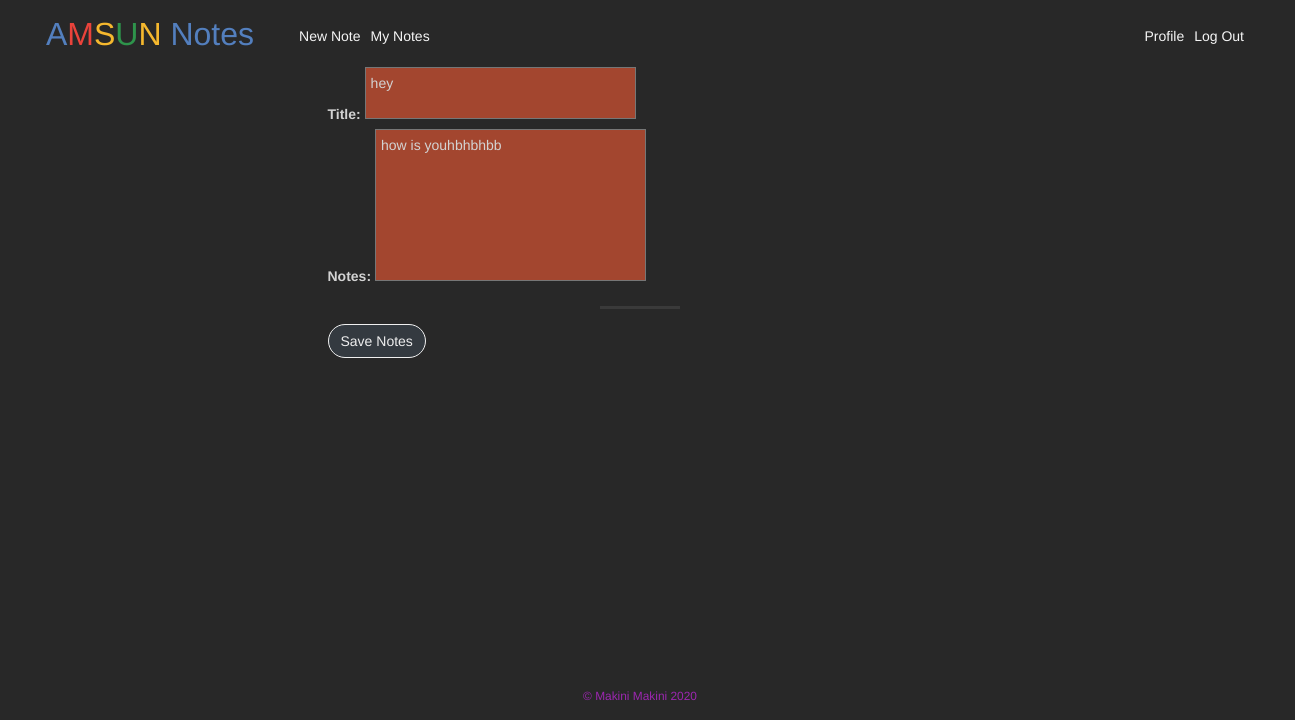
Repository: MakiniMakini/AMSUN-NOTES
Page: http://localhost/22/edit
An editor plug-in stored every save of this project. The page is shown before and after the next save, followed by the edit.
The browser window is 1280 px wide. The page is 1295 px wide, so the pictures cover 1295 px, including what lies to the right of the window. The pictures show the whole page.
Some web fonts or font styles are not loaded; a fallback is used. The page is served by the project's application, run on Flask 3 (application.py). The session is filled in as if someone had signed in: {"user_id": 1}. The page reads the database file committed with the project.

Above is the page before, as saved 2020-12-25 13:26:50.

### templates/edit.html
{% extends "layout.html" %}

{% block title %}
    Edit
{% endblock %}

{% block main %}

<div class="row">
  <div class="col-3"></div>
<div class="col-6">
  <div class="notes_form">
    {% for item in notes %}

    <form action="/{{item[0]}}/edit" method="POST" class="notes_form">
     <label for="title">Title:</label>
     <textarea name="title" id="" cols="30" rows="2" placeholder="title" type="text" >{{item[1]}}</textarea>
     <br>
     <label for="notes">Notes:</label>
     <textarea name="notes" cols="30" rows="7" placeholder="notes" type="text">{{item[2]}}</textarea>
     <hr>
      <button class="btn btn-primary bg-dark" type="submit">Save Notes</button>
    </form>

    {% endfor %}

</div>
</div>
<div class="col-3"></div>
</div>




{% endblock %}

### templates/layout.html
<!DOCTYPE html>
<html lang="en">
    <head>
        <!-- Required meta tags -->
        <meta charset="utf-8">
        <meta name="viewport" content="width=device-width, initial-scale=1, shrink-to-fit=no">

        <!-- documentation at http://getbootstrap.com/docs/4.1/, alternative themes at https://bootswatch.com/ -->
        <link href="https://maxcdn.bootstrapcdn.com/bootstrap/4.1.3/css/bootstrap.min.css" rel="stylesheet">

        <!-- https://favicon.io/emoji-favicons/money-mouth-face/ -->
        <link href="/static/favicon.ico" rel="icon">

        <link href="/static/styles.css" rel="stylesheet">
        <link rel="stylesheet" href="/static/bootstrap.min.css" />
        <link rel="stylesheet" href="/static/animate.min.css" />
        <link rel="stylesheet" href="/static/ionicons.min.css" />
        <link rel="stylesheet" href="/static/styles2.css" />
        <link rel="stylesheet" href="/static/profile.css" />

        <script src="https://code.jquery.com/jquery-3.3.1.min.js"></script>
        <script src="https://cdnjs.cloudflare.com/ajax/libs/popper.js/1.14.3/umd/popper.min.js"></script>
        <script src="https://maxcdn.bootstrapcdn.com/bootstrap/4.1.3/js/bootstrap.min.js"></script>

        <title>AMSUN Notes: {% block title %}{% endblock %}</title>
    </head>

    <body>

        <nav class="navbar navbar-expand-md navbar-light bg-none pl-5 pr-5 m-0 fixed-top">
            <a class="navbar-brand" href="/"><span class="blue">A</span><span class="red">M</span><span class="yellow">S</span><span class="green">U</span><span class="yellow">N</span> <span class="blue">Notes</span></a>
            <button aria-controls="navbar" aria-expanded="false" aria-label="Toggle navigation" class="navbar-toggler bg-light" data-target="#navbar" data-toggle="collapse" type="button">
                <span class="navbar-toggler-icon"></span>
            </button>
            <div class="collapse navbar-collapse" id="navbar" >
                {% if session.user_id %}
                    <ul class="navbar-nav mr-auto mt-2">
                        <li class="nav-item"><a class="nav-link" href="/home">New Note</a></li>
                        <li class="nav-item"><a class="nav-link" href="/my_notes">My Notes</a></li>
                    </ul>
                    <ul class="navbar-nav ml-auto mt-2 navbar-right">
                        <li class="nav-item"><a class="nav-link" href="/profile">Profile</a></li>
                        <li class="nav-item"><a class="nav-link" href="/logout">Log Out</a></li>
                    </ul>
                {% else %}
                    <ul class="navbar-nav ml-auto mt-2 navbar-right">
                        <li class="nav-item"><a class="nav-link" href="/register">Register</a></li>
                        <li class="nav-item"><a class="nav-link" href="/login">Log In</a></li>
                    </ul>
                {% endif %}
            </div>
        </nav>

        {% if get_flashed_messages() %}
            <header>
                <div class="alert alert-primary border text-center" role="alert">
                    {{ get_flashed_messages() | join(" ") }}
                </div>
            </header>
        {% endif %}

        <main class="container p-0">

        </main>
        {% block main %}{% endblock %}

        <footer class="small text-center text-muted fixed-bottom bg-none">
             <a href="https://makini-makini.herokuapp.com">© Makini Makini 2020</a>
        </footer>

    </body>
</html>

### application.py
import os

import sqlite3
from flask import Flask, flash, jsonify, redirect, render_template, request, session
from flask_session import Session
from tempfile import mkdtemp
from werkzeug.exceptions import default_exceptions, HTTPException, InternalServerError
from werkzeug.security import check_password_hash, generate_password_hash

from helpers import apology, login_required


# Configure application
app = Flask(__name__)

# Ensure templates are auto-reloaded
app.config["TEMPLATES_AUTO_RELOAD"] = True

# Ensure responses aren't cached
@app.after_request
def after_request(response):
    response.headers["Cache-Control"] = "no-cache, no-store, must-revalidate"
    response.headers["Expires"] = 0
    response.headers["Pragma"] = "no-cache"
    return response


# Configure session to use filesystem (instead of signed cookies)
app.config["SESSION_FILE_DIR"] = mkdtemp()
app.config["SESSION_PERMANENT"] = False
app.config["SESSION_TYPE"] = "filesystem"
Session(app)

# connecting to the database
connection = sqlite3.connect("amsun_notes.db", check_same_thread=False)

# cursor
db = connection.cursor()

# >>>>>>>>>>>>>>>>>>>>>>>>>>>>>>>ROUTES<<<<<<<<<<<<<<<<<<

# ///////////////INDEX\\\\\\\\\\\\\\\\\\
@app.route("/")
def home_page():
    return render_template("home.html")

# ////////////////WRITE NOTES\\\\\\\\\\\\\
@app.route("/home")
@login_required
def index():
    return render_template("index.html")

# //////PROFILE\\\\\\\\
@app.route("/profile")
@login_required
def profile():
    return render_template("profile.html")

# /////////////MY NOTES\\\\\\\\\\
@app.route("/my_notes")
@login_required
def my_notes():

    # logged user
    user_id = session['user_id']

    db.execute("SELECT note_id, title, notes FROM notes WHERE user_id=:user_id", {'user_id':user_id})
    notes = db.fetchall()

    # Ensure user has notes
    if not notes:
        return render_template("index.html", message = "You Do Not Have Any Stock")

    return render_template("my_notes.html", notes=notes)

# ///////////////ALLOW USER TO EDIT THEIR NOTES\\\\\\\\\\\\\\\\\\\
@app.route("/<note_id>/edit", methods=["GET", "POST"])
@login_required
def edit(note_id):

     # logged user
    user_id = session['user_id']

    if request.method == "GET":
        # query database for notes
        db.execute("SELECT note_id, title, notes FROM notes WHERE user_id=:user_id AND note_id=:note_id", {'user_id':user_id, 'note_id':note_id})
        notes = db.fetchall()
        # populate text-area with existing notes
        return render_template("edit.html", notes=notes)

    if request.method == "POST":
        # get title
        title = request.form.get("title")
        #get notes
        notes = request.form.get("notes")

        # ensure the fields are not blank
        if not request.form.get("notes"):
            return apology('must write something', 403)
        else:
            # update notes
            db.execute("UPDATE notes SET title =:title, notes =:notes WHERE note_id=:note_id", {'user_id':user_id, 'note_id':note_id, 'title':title, 'notes':notes})
            # save to data base
            connection.commit()
            # redirect user to their notes
            return redirect("/my_notes")


@app.route("/<note_id>/delete")
@login_required
def delete(note_id):

    print(note_id)

    db.execute("DELETE FROM notes WHERE note_id=:note_id", {'note_id':note_id})
    connection.commit()

    return redirect("/my_notes")

# >>>>>>>>>>>>>REGISTER USER<<<<<<<<<<<<<<<<<<<<<<<<<<<<<<<<<<<
@app.route("/register", methods=["GET", "POST"])
def register():
    """Register user"""

    # if 'GET' render Reg. form
    if request.method == "GET":
        return render_template("register.html")

    if request.method == "POST":

        username = request.form.get("username")
        # Ensure username is submitted
        if not request.form.get("username"):
             return apology("must provide username", 403)

        # Ensure password was submitted
        elif not request.form.get("password") and not request.form.get("confirmation"):
            return apology("must provide password and confirmation", 403)
        else:
            # query db
            db.execute("SELECT * FROM users WHERE username = :username",
                            {'username' : username})
            rows = db.fetchall()

            # check if user exists
            if len(rows) == 1:
                return apology("username already exists", 403)
            else:
                username = request.form.get("username")

            # password
            if request.form.get("password") == request.form.get("confirmation"):
                # hash password
                pwhash = generate_password_hash(request.form.get("password"), method='plain')
            else:
                return apology("passwords do not match", 403)

            # update db
            db.execute("INSERT INTO users (username, hash) VALUES (:username, :pwhash)", {'username':username, 'pwhash':pwhash})

            # To save the changes in the files. Never skip this.
            # If we skip this, nothing will be saved in the database.
            connection.commit()

            # # close the connection
            # connection.close()
            return redirect("/")


# >>>>>>>>>>>>>>>>>>>>>>LOGIN<<<<<<<<<<<<<<<<<<<<<<


@app.route("/login", methods=["GET", "POST"])
def login():
    """Log user in"""

    # Forget any user_id
    session.clear()

    # User reached route via POST (as by submitting a form via POST)
    if request.method == "POST":

        # Ensure username was submitted
        if not request.form.get("username"):
            return apology("must provide username", 403)

        # Ensure password was submitted
        elif not request.form.get("password"):
            return apology("must provide password", 403)

        # Query database for username
        db.execute("SELECT * FROM users WHERE username = :username",
                          {'username':request.form.get("username")})

        rows = db.fetchall()

        print(rows)
        # Ensure username exists and password is correct
        if len(rows) != 1 or not check_password_hash(rows[0][2], request.form.get("password")):
            return apology("invalid username and/or password", 403)

    # Remember which user has logged in
        session["user_id"] = rows[0][0]

        # Redirect user to home page
        return redirect("/")

    # User reached route via GET (as by clicking a link or via redirect)
    else:
        return render_template("login.html")

#>>>>>>>>>>>>>>>>>>>>>>>>>>>LOGOUT<<<<<<<<<<<<<<<<<<<<<<<<

@app.route("/logout")
def logout():
    """Log user out"""

    # Forget any user_id
    session.clear()

    # Redirect user to login form
    return redirect("/")


# >>>>>>>>>>>>>>>>>>>SAVE NOTES <<<<<<<<<<<<<<<<<<<<<<<<<
@app.route("/notes", methods=["GET", "POST"])
@login_required
def save():
    #save notes to database

    # logged user
    user_id = session['user_id']

    if request.method == "POST":

        # get the title
        title = request.form.get("title")

        #get notes
        notes = request.form.get("notes")

        # ensure the fields are not blank
        if not request.form.get("notes"):
            return apology('must write something', 403)
        else:
            db.execute("INSERT INTO notes (user_id, title, notes) VALUES (:user_id, :title, :notes)", {'user_id':user_id, 'title':title, 'notes':notes})

            # save to data base
            connection.commit()
            return render_template("index.html")

### helpers.py
import os
import requests
import urllib.parse

from flask import redirect, render_template, request, session
from functools import wraps

def apology(message, code=400):
    """Render message as an apology to user."""
    def escape(s):
        """
        Escape special characters.

        https://github.com/jacebrowning/memegen#special-characters
        """
        for old, new in [("-", "--"), (" ", "-"), ("_", "__"), ("?", "~q"),
                         ("%", "~p"), ("#", "~h"), ("/", "~s"), ("\"", "''")]:
            s = s.replace(old, new)
        return s
    return render_template("apology.html", top=code, bottom=escape(message)), code


def login_required(f):
    """
    Decorate routes to require login.

    http://flask.pocoo.org/docs/1.0/patterns/viewdecorators/
    """
    @wraps(f)
    def decorated_function(*args, **kwargs):
        if session.get("user_id") is None:
            return redirect("/login")
        return f(*args, **kwargs)
    return decorated_function

### static/styles.css
nav .navbar-brand {
	/* size for brand */
	font-size: xx-large;
}

/* colors for brand */
nav .navbar-brand .blue {
	color: #537fbe;
}
nav .navbar-brand .red {
	color: #ea433b;
}
nav .navbar-brand .yellow {
	color: #f5b82e;
}
nav .navbar-brand .green {
	color: #2e944b;
}

.navbar .nav-link {
	color: whitesmoke !important;
}

main .form-control {
	/* center form controls */
	display: inline-block;

	/* override Bootstrap's 100% width for form controls */
	width: auto;
}

main {
	/* scroll horizontally as needed */
	overflow-x: auto;

	/* center contents */
	text-align: center;
}

main img {
	/* constrain images on small screens */
	max-width: 100%;
}

/* Style the image inside the centered container, if needed */
.centered img {
	width: 150px;
	border-radius: 50%;
}

textarea {
	font-family: monospace;
}

.section_name {
	text-align: center;
	padding: 0;
}

.form-form {
	text-align: center;
	padding-top: 10vh;
}
.btn:focus {
	outline: none !important;
}

.form-control-email {
	text-align: left;
	display: block;
	width: 50%;
	height: 35px;
	padding: 6px 12px;
	font-size: 14px;
	line-height: 1.5;
	color: #eee;
	background-color: #36333d;
	background-image: none;
	border: 1px solid #36333d;
	border-radius: 4px;
	box-shadow: inset 0 1px 1px rgba(0, 0, 0, 0.075);
	transition: border-color ease-in-out .15s, box-shadow ease-in-out .15s;
}
.form-control-email:focus {
	outline: none;
}

.iframe-container {
	position: relative;
	overflow: hidden;
	width: 100%;
	padding-top: 56.25%; /* 16:9 Aspect Ratio (divide 9 by 16 = 0.5625) */
}

.responsive-iframe {
	position: absolute;
	top: 0;
	left: 0;
	bottom: 0;
	right: 0;
	width: 100%;
	height: 100%;
}

.my_notes {
	margin: auto;
	align-content: center;
	padding-top: 5vh;
}

.my_notes .card {
	align-content: center;
	margin: auto;
}

textarea {
	background-color: #a3462f;
	padding: 5px;
	columns: red;
}

textarea:focus {
	background-color: #2f2d33;
	outline: none;
}

.notes_form {
	margin: auto;
	align-items: center;
	align-content: center;
}

### static/profile.css
/* Profile container */
.profile {
	margin: 20px 0;
}

/* Profile sidebar */
.profile-sidebar {
	padding: 20px 0 10px 0;
	background: #fff;
}

.profile-userpic img {
	float: none;
	margin: 0 auto;
	width: 50%;
	height: 50%;
	-webkit-border-radius: 50% !important;
	-moz-border-radius: 50% !important;
	border-radius: 50% !important;
}

.profile-usertitle {
	text-align: center;
	margin-top: 20px;
}

.profile-usertitle-name {
	color: #5a7391;
	font-size: 16px;
	font-weight: 600;
	margin-bottom: 7px;
}

.profile-usertitle-job {
	text-transform: uppercase;
	color: #5b9bd1;
	font-size: 12px;
	font-weight: 600;
	margin-bottom: 15px;
}

.profile-userbuttons {
	text-align: center;
	margin-top: 10px;
}

.profile-userbuttons .btn {
	text-transform: uppercase;
	font-size: 11px;
	font-weight: 600;
	padding: 6px 15px;
	margin-right: 5px;
}

.profile-userbuttons .btn:last-child {
	margin-right: 0px;
}

.profile-usermenu {
	margin-top: 30px;
}

.profile-usermenu ul li {
	border-bottom: 1px solid #f0f4f7;
}

.profile-usermenu ul li:last-child {
	border-bottom: none;
}

.profile-usermenu ul li a {
	color: #93a3b5;
	font-size: 14px;
	font-weight: 400;
}

.profile-usermenu ul li a i {
	margin-right: 8px;
	font-size: 14px;
}

.profile-usermenu ul li a:hover {
	background-color: #fafcfd;
	color: #5b9bd1;
}

.profile-usermenu ul li.active {
	border-bottom: none;
}

.profile-usermenu ul li.active a {
	color: #5b9bd1;
	background-color: #f6f9fb;
	border-left: 2px solid #5b9bd1;
	margin-left: -2px;
}

/* Profile Content */
.profile-content {
	padding: 20px;
	background: #fff;
	min-height: 460px;
}

### amsun_notes.db (the tables this page reads, as SQL)
CREATE TABLE 'notes' (
    'note_id' INTEGER PRIMARY KEY AUTOINCREMENT NOT NULL,
    'user_id' INTEGER NOT NULL, 
    'title' TEXT NOT NULL, 
    'notes' TEXT NOT NULL,
    FOREIGN KEY(user_id) REFERENCES users(id)
    );
INSERT INTO "notes" VALUES
(11, 2, 'sasa', 'sdsdsdsd'),
(18, 3, 'I am here', 'I am here to see here'),
(19, 3, 'Bike Kali', 'Reading about people'),
(21, 4, 'trip to msa', 'niliona mzungu yaaaayyyy'),
(22, 1, 'hey', 'how is youhbhbhbb'),
(26, 1, 'NOTE WITH STEPH', 'Steph is an amazing soul whom I love! ');

Loaded but not shown: static/bootstrap.min.css (library); static/animate.min.css (library); static/ionicons.min.css (library); static/styles2.css (530 lines, source omitted)

After the next save:
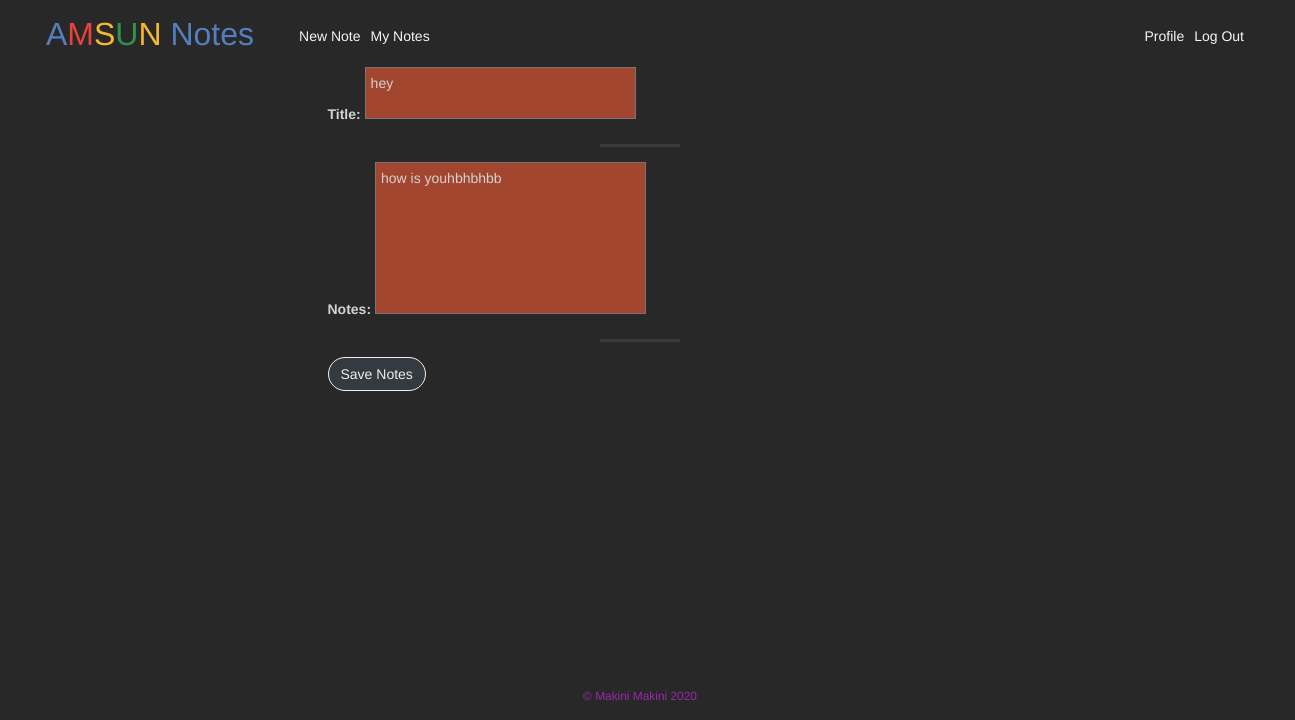
Saved 9 s later.
--- a/templates/edit.html
+++ b/templates/edit.html
@@ -15,7 +15,7 @@
     <form action="/{{item[0]}}/edit" method="POST" class="notes_form">
      <label for="title">Title:</label>
      <textarea name="title" id="" cols="30" rows="2" placeholder="title" type="text" >{{item[1]}}</textarea>
-     <br>
+     <hr>
      <label for="notes">Notes:</label>
      <textarea name="notes" cols="30" rows="7" placeholder="notes" type="text">{{item[2]}}</textarea>
      <hr>
